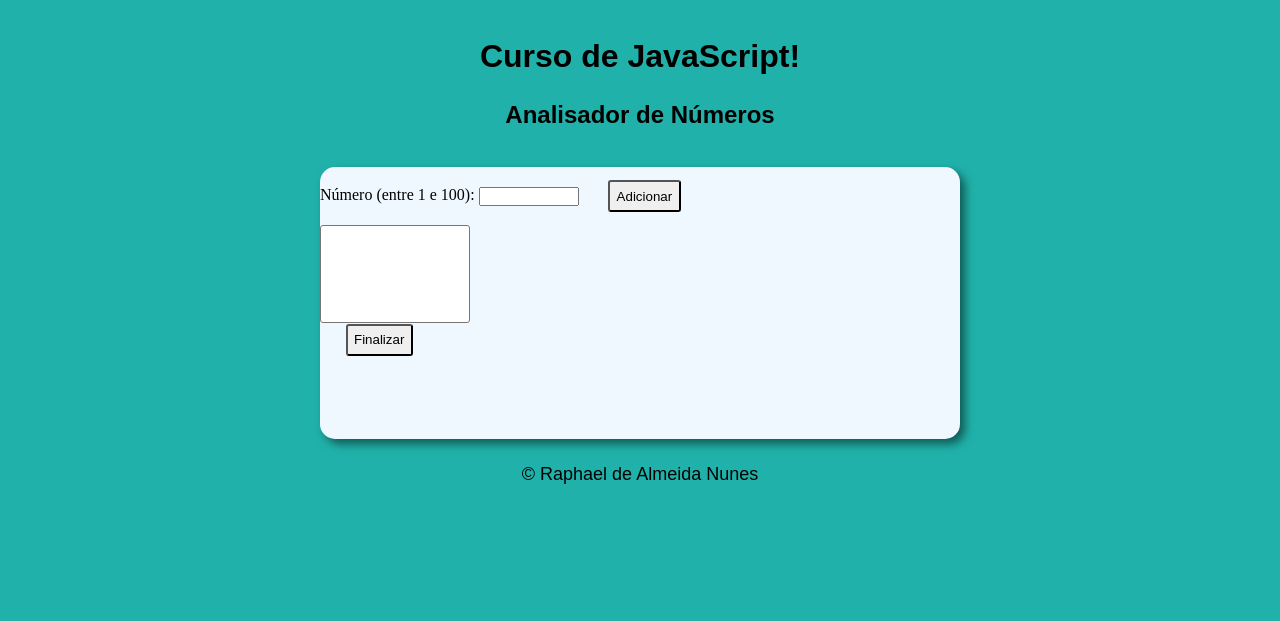
Repository: raphaanunes/codigos
Page: Cursos JavaScript/exercício/analisador de números/analisador.html
These files come from the project's save history. The page is drawn as it stood at one moment and after a run of saves; the edit follows.
The browser window is 1280 px wide. The pictures show the whole page.

Above is the page before, as saved 2024-08-11 14:21:31.

After the next 2 saves:
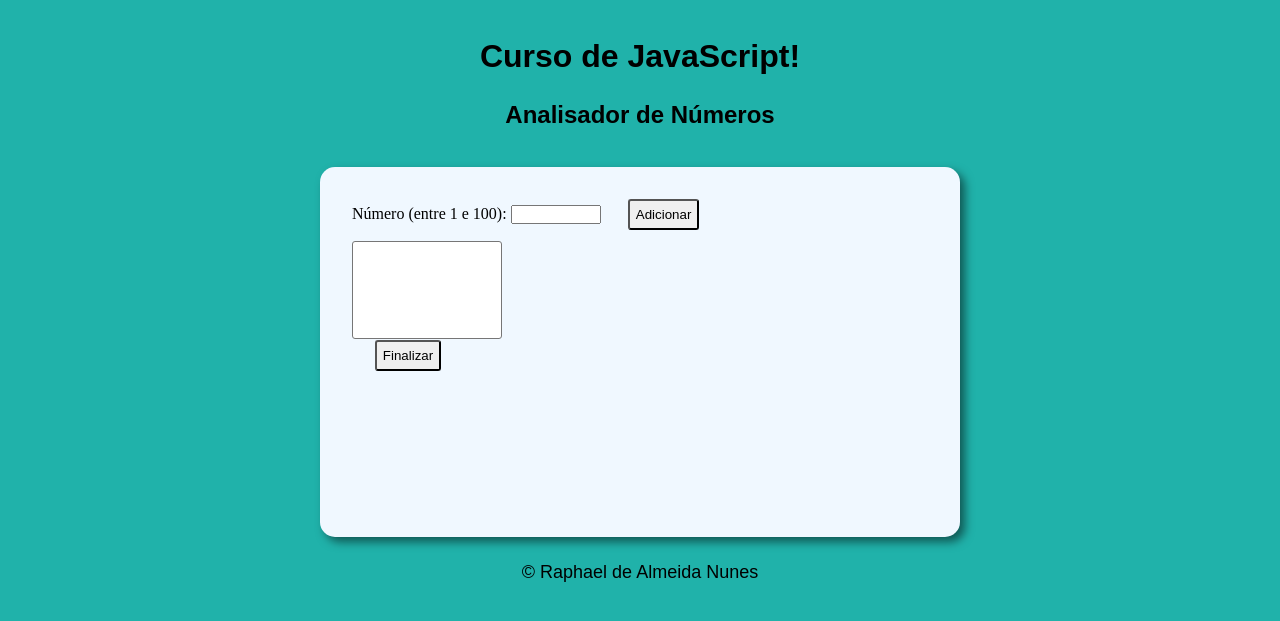
The 2 saves are shown as one change because they came seconds apart.
The last was saved 45 s later.
--- a/Cursos JavaScript/exercício/analisador de números/analisador.css
+++ b/Cursos JavaScript/exercício/analisador de números/analisador.css
@@ -58,7 +58,10 @@ input#botao{
         border-radius: 3px;
     }
 
-div{padding-top: 2%;}
+div{
+    padding: 5%;
+
+}
 
 /* rodape */
 
